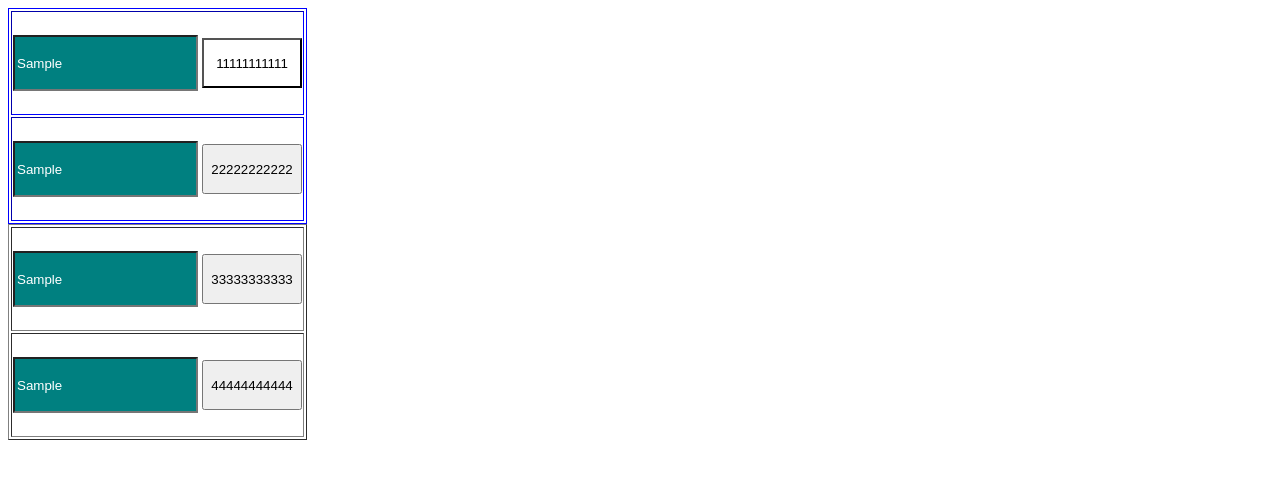
Repository: AgentHyun/FishDalle3
Page: Feb14_1_jQuery/WebContent/2_DOM_Select.html
These files come from the project's save history. The page is drawn as it stood at one moment and after the next save; the edit follows.
The browser window is 1280 px wide. The pictures show the whole page.
Empty fields were first filled with sample values (such as "Sample", 5 or name@example.com).
After loading, the first visible `button` was clicked once.

Above is the page before, as saved 2025-02-14 02:39:08.

After the next save:
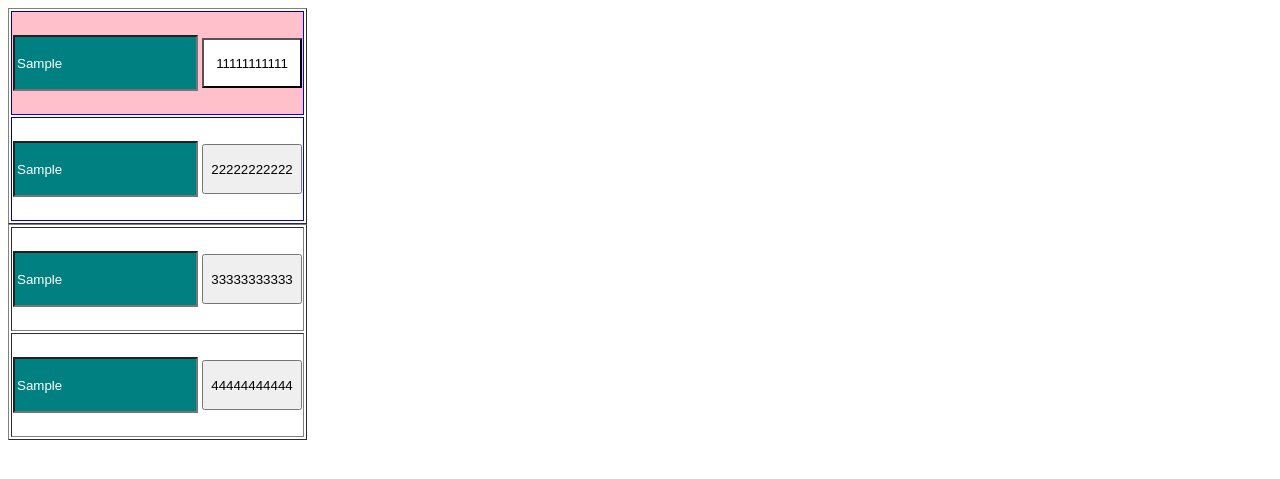
Saved 8 s later.
--- a/Feb14_1_jQuery/WebContent/2_DOM_Select.html
+++ b/Feb14_1_jQuery/WebContent/2_DOM_Select.html
@@ -30,8 +30,8 @@ $(function(){
            //누른 버튼이 있는 td에 배경색을 주기
            //parent() : 내가 누른 this의 한단계 상위 DOM객체
            // cf) 한단계 하위 객체 : children()
-
-           $(this).parent().parent().parent().parent().css("border","1px solid blue");
+           $(this).parent().css("background-color", "pink");
+           $(this).parent().parent().parent().css("border","1px solid blue");
 
            // 누른 버튼이 있는 table의 테두리를 파란색으로
 
